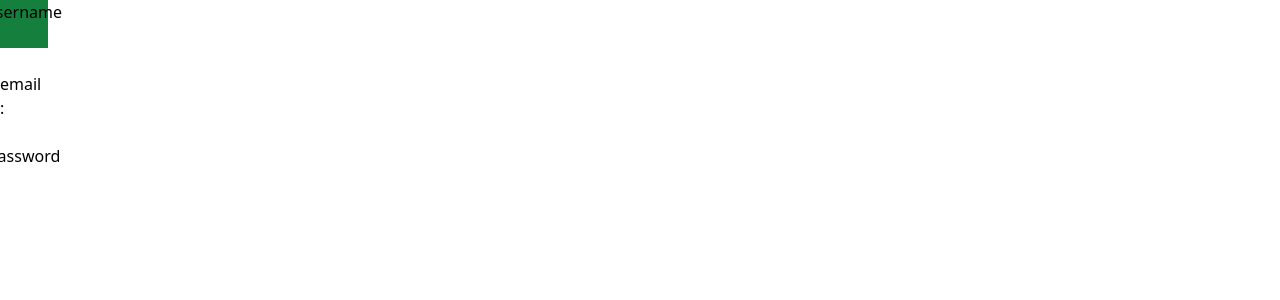
Repository: Emy-gold/alx-fe-reactjs
Page: / (app in form-handling-react/)
The author's editor kept a copy of each file at every save. The page is drawn from the files as they stood at one save, then again after the next save.
The browser window is 1280 px wide. The pictures show the whole page.
The project was rebuilt for these pictures with package versions that can differ from the ones it lists, and the page was loaded fresh each time. Also part of the build but not shown: form-handling-react/vite.config.js.

Above is the page before, as saved 2025-08-22 21:06:10.

After the next save:
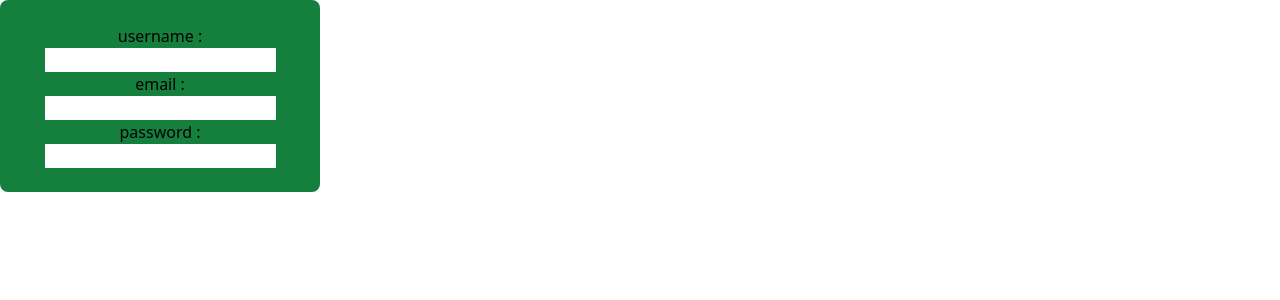
Saved 54 s later.
--- a/form-handling-react/src/components/RegistrationForm.jsx
+++ b/form-handling-react/src/components/RegistrationForm.jsx
@@ -17,7 +17,7 @@ function RegistrationForm() {
 
     return (
         <div className='w-full mx-auto h-screen'>
-            <form onSubmit={handleSubmit} className='flex flex-col items-center bg-green-700 w-12 h-16'>
+            <form onSubmit={handleSubmit} className='flex flex-col items-center bg-green-700 p-6 rounded-lg w-80'>
                 <label>username :</label>
                 <input
                     type="text"
